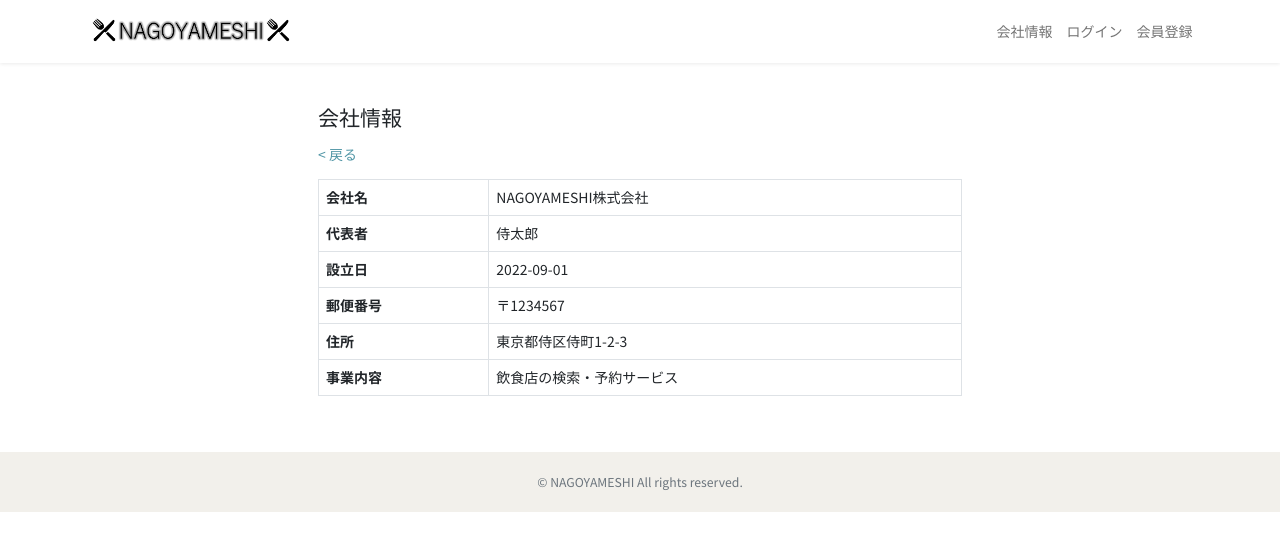
Repository: dh291422/springboot-tabelog-kadai
Page: http://localhost/company/company
These files come from the project's save history. The page is drawn as it stood at one moment and after the next save; the edit follows.
The browser window is 1280 px wide. The pictures show the whole page.
The page is this project's Thymeleaf template; nobody is signed in. The template is opened directly, without the code that normally fills it, so the values that code supplies are empty.

Above is the page before, as saved 2025-07-15 00:56:05.

### nagoyameshi/src/main/resources/templates/company/company.html
<!DOCTYPE html>
<html xmlns:th="http://www.thymeleaf.org" xmlns:sec="http://www.thymeleaf.org/extras/spring-security">
<head>
    <div th:replace="~{fragment :: meta}"></div>
    <div th:replace="~{fragment :: styles}"></div>
    <title>NAGOYAMESHI | 会社情報</title>
</head>
<body>
    <div class="nagoyameshi-wrapper">
        <!-- ヘッダー -->
        <div th:replace="~{fragment :: header}"></div>

        <main class="py-5">
            <div class="container">
                <div class="row justify-content-center">
                    <div class="col-xxl-6 col-xl-7 col-lg-8 col-md-10">

                        <div class="d-flex justify-content-between align-items-center mb-3">
                            <h1 class="mb-0">会社情報</h1>

                            <!-- 管理者のみ表示：編集ボタン -->
                            <a class="btn btn-sm btn-outline-primary"
                               th:href="@{/admin/company/edit}"
                               sec:authorize="hasRole('ROLE_ADMIN')">
                                編集
                            </a>
                        </div>

                        <!-- 戻るリンク -->
                        <div class="mb-3">
                            <a th:href="@{/}">&lt; 戻る</a>
                        </div>

                        <!-- 会社情報テーブル -->
                        <table class="table table-bordered">
                            <tr>
                                <th>会社名</th>
                                <td>NAGOYAMESHI株式会社</td>
                            </tr>
                            <tr>
                                <th>代表者</th>
                                <td>侍太郎</td>
                            </tr>
                            <tr>
                                <th>設立日</th>
                                <td>2022-09-01</td>
                            </tr>
                            <tr>
                                <th>郵便番号</th>
                                <td>〒1234567</td>
                            </tr>
                            <tr>
                                <th>住所</th>
                                <td>東京都侍区侍町1-2-3</td>
                            </tr>
                            <tr>
                                <th>事業内容</th>
                                <td>飲食店の検索・予約サービス</td>
                            </tr>
                        </table>

                    </div>
                </div>
            </div>
        </main>

        <!-- フッター -->
        <div th:replace="~{fragment :: footer}"></div>
    </div>

    <!-- スクリプト -->
    <div th:replace="~{fragment :: scripts}"></div>
</body>
</html>

### nagoyameshi/src/main/resources/templates/fragment.html
<!DOCTYPE html>
<html xmlns:th="https://www.thymeleaf.org" xmlns:sec="http:thymeleaf.org/extras/spring-security">
   <head>
       <!-- meta要素の部品化 -->
       <div th:fragment="meta" th:remove="tag">
           <meta charset="UTF-8">
           <meta name="viewport" content="width=device-width, initial-scale=1">
       </div>

       <!-- link要素の部品化 -->
       <div th:fragment="styles" th:remove="tag">
           <!-- Bootstrap -->
           <link href="https://cdn.jsdelivr.net/npm/bootstrap@5.2.3/dist/css/bootstrap.min.css" rel="stylesheet" integrity="sha384-rbsA2VBKQhggwzxH7pPCaAqO46MgnOM80zW1RWuH61DGLwZJEdK2Kadq2F9CUG65" crossorigin="anonymous">

           <!-- Google Fonts -->
           <link rel="preconnect" href="https://fonts.googleapis.com">
           <link rel="preconnect" href="https://fonts.gstatic.com" crossorigin>
           <link href="https://fonts.googleapis.com/css2?family=Noto+Sans+JP:wght@400;500&display=swap" rel="stylesheet">

           <link th:href="@{/css/style.css}" rel="stylesheet" >
       </div>

       <title>部品化用のHTMLファイル</title>
   </head>
   <body>
       <!-- ヘッダーの部品化 -->
       <div th:fragment="header" th:remove="tag">
           <nav class="navbar navbar-expand-md navbar-light bg-white shadow-sm nagoyameshi-navbar">
               <div class="container nagoyameshi-container">
                   <a class="navbar-brand" th:href="@{/}">
                       <img class="nagoyameshi-logo me-1" th:src="@{/images/logo.png}" alt="NAGOYAMESHI">
                   </a>

				   <button class="navbar-toggler" type="button" data-bs-toggle="collapse" data-bs-target="#navbarSupportedContent" aria-controls="navbarSupportedContent" aria-expanded="false" aria-label="Toggle navigation">
				       <span class="navbar-toggler-icon"></span>
				   </button>

				   <div class="collapse navbar-collapse" id="navbarSupportedContent">
				       <ul class="navbar-nav ms-auto">
				           <!-- 未ログインであれば表示する -->
						   <li class="nav-item" sec:authorize="isAnonymous()">
						       <a class="nav-link" th:href="@{/company}">会社情報</a>
						   </li>
				           <li class="nav-item" sec:authorize="isAnonymous()">
				               <a class="nav-link" th:href="@{/login}">ログイン</a>
				           </li>
						   <li class="nav-item" sec:authorize="isAnonymous()">
						       <a class="nav-link" th:href="@{/signup}">会員登録</a>

						   </li>

						   <!-- 一般会員（ROLE_GENERAL）の場合 -->
						   <li class="nav-item dropdown" sec:authorize="hasRole('ROLE_GENERAL')">
							   <a class="nav-link me-2" th:href="@{/company}">会社情報</a>
						       <a id="navbarDropdownGeneral" class="nav-link dropdown-toggle" href="#" role="button"
						          data-bs-toggle="dropdown" aria-haspopup="true" aria-expanded="false" v-pre>
						           <span sec:authentication="principal.user.name"></span>
						       </a>

						       <div class="dropdown-menu dropdown-menu-end" aria-labelledby="navbarDropdownGeneral">
						           <a class="dropdown-item nagoyameshi-dropdown-item" th:href="@{/user}">会員情報</a>
						           <a class="dropdown-item nagoyameshi-dropdown-item" th:href="@{/reservations}">予約一覧</a>
						           <a class="dropdown-item nagoyameshi-dropdown-item" th:href="@{/restaurants}">店舗一覧</a>
						           <a class="dropdown-item nagoyameshi-dropdown-item" th:href="@{/favorites}">お気に入り一覧</a>

						           <!-- 一般会員には「有料会員登録」リンクを表示 -->
						           <a class="dropdown-item nagoyameshi-dropdown-item" th:href="@{/subscription}">
						               有料会員登録
						           </a>

						           <div class="dropdown-divider"></div>

						           <a class="dropdown-item nagoyameshi-dropdown-item" th:href="@{/logout}"
						              onclick="event.preventDefault(); document.getElementById('logout-form').submit();">
						               ログアウト
						           </a>
						           <form class="d-none" id="logout-form" th:action="@{/logout}" method="post"></form>
						       </div>
						   </li>

						   <!-- 有料会員（ROLE_PAID）の場合 -->
						   <li class="nav-item dropdown" sec:authorize="hasRole('ROLE_PAID')">
							   <a class="nav-link me-2" th:href="@{/company}">会社情報</a>
						       <a id="navbarDropdownPaid" class="nav-link dropdown-toggle" href="#" role="button"
						          data-bs-toggle="dropdown" aria-haspopup="true" aria-expanded="false" v-pre>
						           <span sec:authentication="principal.user.name"></span>
						       </a>

						       <div class="dropdown-menu dropdown-menu-end" aria-labelledby="navbarDropdownPaid">
						           <a class="dropdown-item nagoyameshi-dropdown-item" th:href="@{/user}">会員情報</a>
						           <a class="dropdown-item nagoyameshi-dropdown-item" th:href="@{/reservations}">予約一覧</a>
						           <a class="dropdown-item nagoyameshi-dropdown-item" th:href="@{/restaurants}">店舗一覧</a>
						           <a class="dropdown-item nagoyameshi-dropdown-item" th:href="@{/favorites}">お気に入り一覧</a>

						           <!-- 有料会員には「編集・解約」リンクを表示 -->
						           <a class="dropdown-item nagoyameshi-dropdown-item" th:href="@{/subscription/manage}">
						               有料会員 編集・解約
						           </a>

						           <div class="dropdown-divider"></div>

						           <a class="dropdown-item nagoyameshi-dropdown-item" th:href="@{/logout}"
						              onclick="event.preventDefault(); document.getElementById('logout-form').submit();">
						               ログアウト
						           </a>
						           <form class="d-none" id="logout-form" th:action="@{/logout}" method="post"></form>
						       </div>
						   </li>


				           <!-- 管理者であれば表示する -->
				           <li class="nav-item dropdown" sec:authorize="hasRole('ROLE_ADMIN')">
							   <a class="nav-link me-2" th:href="@{/company}">会社情報</a>
				               <a id="navbarDropdownAdmin" class="nav-link dropdown-toggle" href="#" role="button" data-bs-toggle="dropdown" aria-haspopup="true" aria-expanded="false" v-pre>
				                   管理者メニュー
				               </a>

				               <div class="dropdown-menu dropdown-menu-end" aria-labelledby="navbarDropdownAdmin">
								   <a class="dropdown-item nagoyameshi-dropdown-item" th:href="@{/admin/users}">会員一覧</a>
				                   <a class="dropdown-item nagoyameshi-dropdown-item" th:href="@{/admin/restaurants}">店舗一覧</a>

				                   <div class="dropdown-divider"></div>

				                   <a class="dropdown-item nagoyameshi-dropdown-item" th:href="@{/logout}" onclick="event.preventDefault(); document.getElementById('logout-form').submit();">
				                       ログアウト
				                   </a>
				                   <form class="d-none" id="logout-form" th:action="@{/logout}" method="post"></form>
				               </div>
				           </li>
				       </ul>
				   </div>
               </div>
           </nav>
       </div>


       <!-- フッターの部品化 -->
       <div th:fragment="footer" th:remove="tag">
           <footer>
               <div class="d-flex justify-content-center align-items-center h-100">
                   <p class="text-center text-muted small mb-0">&copy; NAGOYAMESHI All rights reserved.</p>
               </div>
           </footer>
       </div>

       <!-- script要素の部品化 -->
       <div th:fragment="scripts" th:remove="tag">
           <!-- Bootstrap -->
           <script src="https://cdn.jsdelivr.net/npm/bootstrap@5.2.3/dist/js/bootstrap.bundle.min.js" integrity="sha384-kenU1KFdBIe4zVF0s0G1M5b4hcpxyD9F7jL+jjXkk+Q2h455rYXK/7HAuoJl+0I4" crossorigin="anonymous"></script>
       </div>
   </body>
</html>

### nagoyameshi/src/main/resources/static/css/style.css
html {
 font-size: 14px;
}

body {
 font-family: 'Noto Sans JP', sans-serif;
}


h1 {
 font-size: 1.5rem;
}

h2 {
  font-size: 1.475rem;
}

h3 {
  font-size: 1.25rem;
}

a {
 color: #5196a6;
 text-decoration: none !important;
}

a:hover {
   color: #407784;
}

footer {
 width: 100%;
 height: 60px;
 background-color: #f2f0eb;
}

.nagoyameshi-wrapper {
 min-height: 100vh;
 position: relative;
 padding-bottom: 60px;
 box-sizing: border-box;
}

.nagoyameshi-navbar {
 min-height: 60px;
}

.nagoyameshi-logo {
 height: 40px;
}

.nagoyameshi-btn {
  background-color: #5196a6 !important;
  transition: 0.1s;
}

.nagoyameshi-btn:hover {
 opacity: 0.8;
}

.nagoyameshi-page-link {
  color: #5196a6;
}

.nagoyameshi-page-link:hover {
  color: #407784;
}

.nagoyameshi-active {
  background-color: #5196a6 !important;
  border-color: #5196a6 !important;
}

.nagoyameshi-pre-wrap {
  /* 改行文字で行を折り返す */
  white-space: pre-wrap;
}

.nagoyameshi-link-danger {
    color: #f2594b;
}

.nagoyameshi-link-danger:hover {
    color: #a63c3c;
}

.nagoyameshi-btn-danger {
    background-color: #f2594b !important;
    transition: 0.1s;
}

.nagoyameshi-btn-danger:hover {
  opacity: 0.8;
}

.nagoyameshi-dropdown-item:active {
  background-color: #5196a6;
}

.nagoyameshi-card-link {
  transition: 0.3s;
}

.nagoyameshi-card-link:hover {
  opacity: 0.7;
}

.nagoyameshi-horizontal-card-image {
  width: 100%;
  height: 240px;
  object-fit: cover;
}

.nagoyameshi-sort-box {
  width: 150px;
}

.nagoyameshi-vertical-card-image {
  width: 100%;
  height: 150px;
  object-fit: cover;
}

.nagoyameshi-search-form {
    max-width: 300px;
}

.nagoyameshi-reset-wrapper {
  display: flex;
  justify-content: center;
  align-items: flex-start;
  min-height: 100vh;
  padding: 40px 20px;
  padding-top: 60px;
  background-color: #ffffff;
}


.nagoyameshi-reset-form {
  max-width: 500px;
  width: 100%;
  text-align: center;
}

.nagoyameshi-restaurant-image {
  max-width: 800px;
  width: 100%;
  height: auto;
  display: block;
  margin: 0 auto;
}

.nagoyameshi-detail-container {
  max-width: 800px;
  margin: 0 auto;
}


.reset-title {
  font-size: 1.8rem;
  margin-bottom: 20px;
  font-weight: bold;
}

.reset-description {
  font-size: 1.1rem;
  margin-bottom: 30px;
  line-height: 1.8;
  color: #555;
}

.reset-form {
  display: flex;
  flex-direction: column;
  gap: 20px;
  margin-bottom: 30px;
}

.reset-input {
  font-size: 1.1rem;
  padding: 12px 14px;
  border-radius: 6px;
  border: 1px solid #ccc;
}

.reset-button {
  font-size: 1.1rem;
  padding: 12px;
  width: 100%;
}

.reset-link {
  font-size: 1rem;
  margin-top: 10px;
}

.alert {
  font-size: 1rem;
  margin-bottom: 20px;
  padding: 10px;
  border-radius: 5px;
}

.alert-success {
  background-color: #e0f6ed;
  color: #2e7d5a;
}

.alert-danger {
  background-color: #fcebea;
  color: #d9534f;
}

.nagoyameshi-premium-container {
  background-color: #ffffff;
}

.nagoyameshi-premium-title {
  font-size: 1.8rem;
  font-weight: bold;
}

#card-element {
  padding: 12px 14px;
  border: 1px solid #ccc;
  border-radius: 6px;
}

@media screen and (min-width: 1400px) {
 .nagoyameshi-container {
   max-width: 1200px;
 }

}

After the next save:
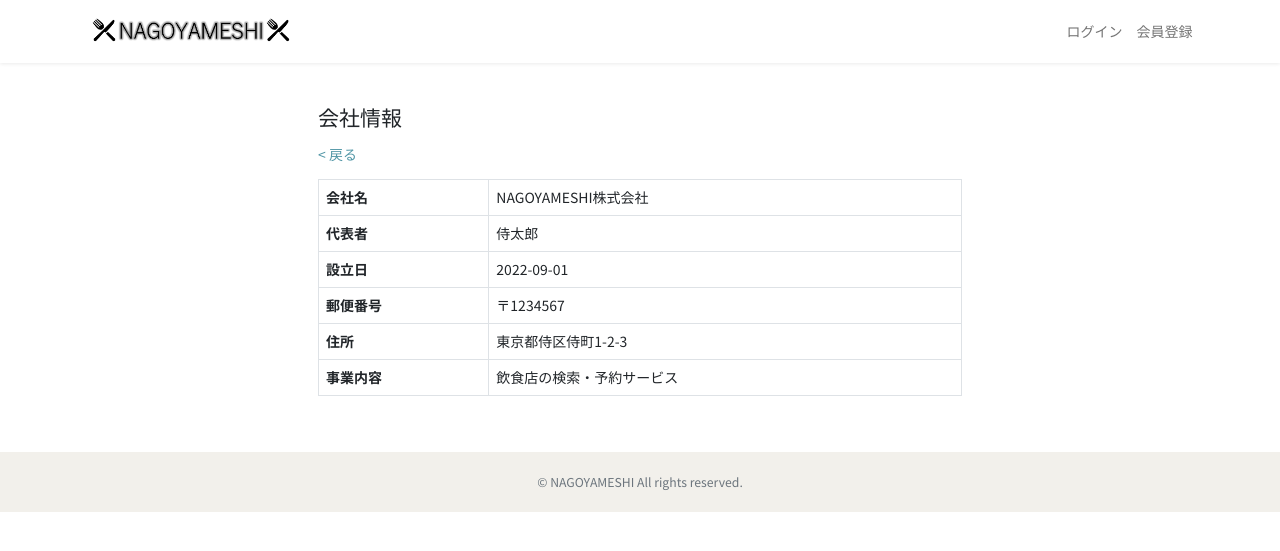
Saved 8 min 32 s later.
--- a/nagoyameshi/src/main/resources/templates/fragment.html
+++ b/nagoyameshi/src/main/resources/templates/fragment.html
@@ -38,7 +38,7 @@
 				   <div class="collapse navbar-collapse" id="navbarSupportedContent">
 				       <ul class="navbar-nav ms-auto">
 				           <!-- 未ログインであれば表示する -->
-						   <li class="nav-item" sec:authorize="isAnonymous()">
+						   <li class="nav-item" sec:authorize="isAuthenticated()">
 						       <a class="nav-link" th:href="@{/company}">会社情報</a>
 						   </li>
 				           <li class="nav-item" sec:authorize="isAnonymous()">
